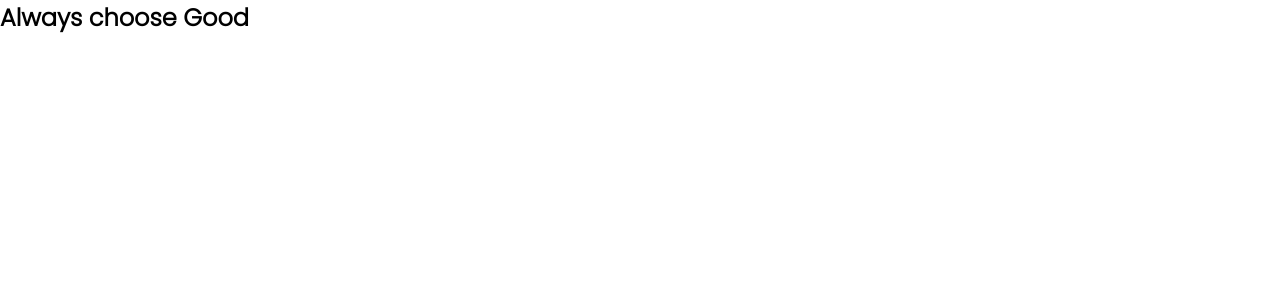
Repository: Adriandias1997/MobileFriendly_FoodWebsite
Page: index.html
These files come from the project's save history. The page is drawn as it stood at one moment and after the next save; the edit follows.
The browser window is 1280 px wide. The pictures show the whole page.

Above is the page before, as saved 2020-10-16 09:41:53.

### index.html
<!DOCTYPE html>
<html lang="en">

<head>
    <meta charset="UTF-8">
    <meta name="viewport" content="width=device-width, initial-scale=1.0">
    <title>Food</title>
    <link rel="stylesheet" href="style.css">
</head>

<body>
    <section class="banner" id="banner">
        <div class="content">
            <h2>Always choose Good</h2>
        </div>
    </section>






























    <script src="index.js"></script>
</body>

</html>

### style.css
@import url("https://fonts.googleapis.com/css2?family=Poppins:wght@300&display=swap");
* {
    margin: 0;
    padding: 0;
    box-sizing: border-box;
    font-family: "Poppins", sans-serif;
}

Loaded but not shown: index.js (no copy from this time; the picture is the same without it)

After the next save:
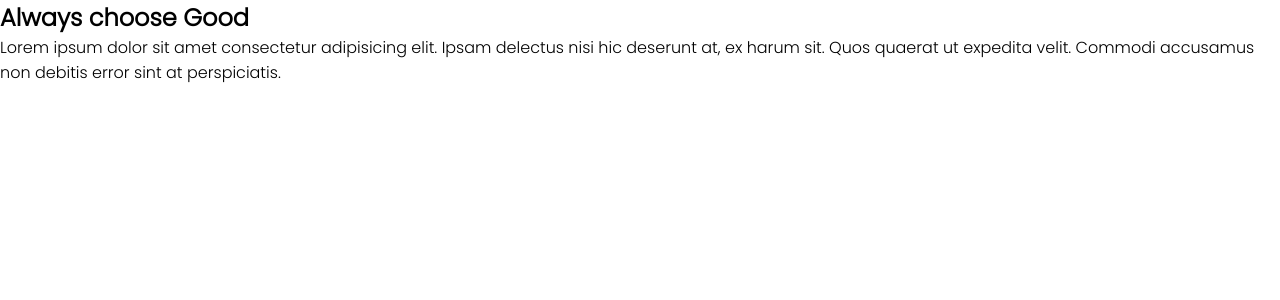
Saved 9 s later.
--- a/index.html
+++ b/index.html
@@ -12,6 +12,7 @@
     <section class="banner" id="banner">
         <div class="content">
             <h2>Always choose Good</h2>
+            <p>Lorem ipsum dolor sit amet consectetur adipisicing elit. Ipsam delectus nisi hic deserunt at, ex harum sit. Quos quaerat ut expedita velit. Commodi accusamus non debitis error sint at perspiciatis.</p>
         </div>
     </section>
 
